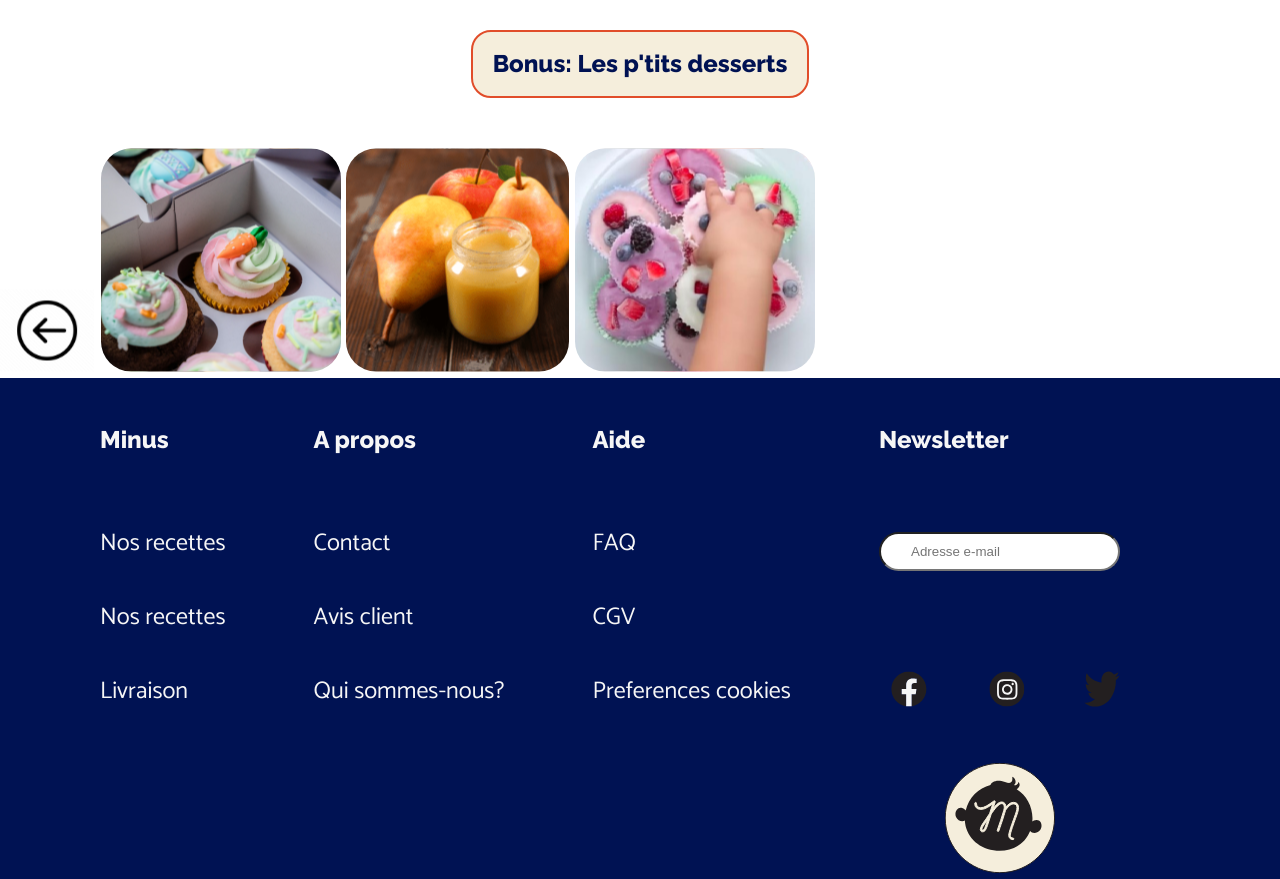
Repository: minus-team7/minus_team7
Page: minus_homepage.html
An editor plug-in stored every save of this project. The page is shown before and after a run of saves, followed by the edit.
The browser window is 1280 px wide. The pictures show the part of the page from y = 1786 to 2665 px (the page is 2665 px tall).
A picture or video elsewhere on the page could not be fetched, so the positions and the page height are approximate.

Above is the page before, as saved 2023-02-12 23:42:30.

### minus_homepage.html
<!DOCTYPE html>
<html lang="en">
<head>
    <meta charset="UTF-8">
    <meta http-equiv="X-UA-Compatible" content="IE=edge">
    <meta name="viewport" content="width=device-width, initial-scale=1.0">
    <link rel="preconnect" href="https://fonts.googleapis.com">
    <link rel="preconnect" href="https://fonts.gstatic.com" crossorigin>
    <link href="https://fonts.googleapis.com/css2?family=Catamaran:wght@100;200;300;400;500;700&family=Raleway:ital,wght@0,100;0,400;0,600;0,800;1,100&display=swap" rel="stylesheet">
    <link rel="stylesheet" href="reset.css">
    <link rel="stylesheet" href="minus_homepage.css">
    <title>Document</title>

</head>
<body>

    <div class="box">
        <img src="/assets/homepage_boxminus.svg" alt="homepage_boxminus">
    </div>

    <div class="bouton">
        <a href="#">Nos engagements</a>
    </div>
    <section class="nos-engagements">

        <div class="engagement">
            <img src="/assets/engagement_icone_qualite_produits.svg" alt="engagement_icone_qualite_produits">
            <h2>Qualité des produits</h2>
            <p>Nous travaillons avec les meilleurs fournisseurs pour sélectionner les ingrédients les plus frais et les plus savoureux.</p>
        </div>

        <div class="engagement">
            <img src="/assets/icone_notreexpertise_chef.svg" alt="icone_notreexpertise_chef">
            <h2>Notre expertise</h2>
            <p>Chaque produit est soumis à des contrôles rigoureux pour vous garantir des ingrédients de haute qualité.</p>
        </div>

        <div class="engagement">
            <img src="/assets/icone_livraison_camion.svg" alt="icone_livraison_camion">
            <h2>Livraison sur le lieu de garde de votre enfant</h2>
            <p>Nous adaptons la livraison selon vos demandes afin de vous garantir un service adéquat</p>
        </div>

        <div class="engagement">
            <img src="/assets/icone_varietes_recettes_bolcuisine.svg" alt="icone_varietes_recettes_bolcuisine">
            <h2>Variété des recettes</h2>
            <p> Nous vous offrons une gamme de recettes pour répondre à tous les goûts et toutes les envies.</p>
        </div>

    </section>

    <div class="bouton">
        <a href="#">Nos recettes</a>
    </div>

    <section class="nos-recettes">
        <div class="recette">
            <img src="/assets/recette_spaghetti_olive.svg" alt="recette_spaghetti_olive">
            <p>Spaghetti aux olives</p>

            <img src="/assets/recette_escalope_chèvre_épinards.svg" alt="recette_escalope_chèvre_épinards">
            <p>Escalope de chèvre</p>
        </div>

        <div class="recette">
            <img src="/assets/couscous_legumes_bio.svg" alt="couscous_legumes_bio">
            <p>Couscous légumes bio</p>

            <img src="/assets/recette_puree_legumes_vert.svg" alt="recette_puree_legumes_vert">
            <p>Purée légumes verts</p>


        </div>

        <div class="recette">
            <img src="/assets/recette_croissant_poulet_champi.svg" alt="recette_croissant_poulet_champi">
            <p>Croissants poulet</p>


            <img src="/assets/recette_spaghetti_olive.svg" alt="recette_spaghetti_olive">
            <p>Spaghetti aux olives</p>
        </div>

    </section>

    <div class="bouton">
        <a href="#">Bonus: Les p'tits desserts</a>
    </div>

    <section class="nos-desserts">
        <img src="/assets/carroussel_flèche_gauche.svg" alt="carroussel_flèche_gauche">
        <img src="/assets/photo_dessert_cupcake_biscuit.svg" alt="photo_dessert_cupcake_biscuit">
        <img src="/assets/photo_dessert_compotepoire.svg" alt="photo_dessert_compotepoire">
        <img src="/assets/photo_dessert_fruitsrougesrose.svg" alt="photo_dessert_fruitsrougesrose">
        <img src="" alt="">



    </section>








    <!-- footer  -->
    <div class="footer">
        <ul>
            <li class="titre-footer">Minus</li>
            <li><a href="#"> Nos recettes</a></li>
            <li><a href="#"> Nos recettes</a></li>
            <li><a href="#"> Livraison</a></li>
        </ul>
        <ul>
            <li class="titre-footer">A propos</li>
            <li><a href="#"> Contact</a></li>
            <li><a href="#"> Avis client</a></li>
            <li><a href="#"> Qui sommes-nous?</a></li>
        </ul>
        <ul>
            <li class="titre-footer">Aide</li>
            <li><a href="#"> FAQ</a></li>
            <li><a href="#"> CGV</a></li>
            <li><a href="#"> Preferences cookies</a></li>
        </ul>
        <ul>
            <li class="titre-footer">Newsletter</li>
            <li>
                <input class="newsletter" type="text" placeholder="Adresse e-mail">
            </li>
            <li>
                <ul class="reseaux-sociaux">
                    <li><a href="#"><img src="/assets/logo_facebook.svg" alt="fb"></a></li>
                    <li><a href="#"><img src="/assets/logo_instagram.svg" alt="insta"></a></li>
                    <li><a href="#"><img src="/assets/logo_twitter.svg" alt="twitter"></a></li>
                </ul>
            </li>
            <li class="logo-minus-footer"><a href="#"> <img src="/assets/Logo_minus_rondtête.svg" alt="logo-minus-footer"></a></li>

        </ul>


    </div>
</body>
</html>

### minus_homepage.css
/* footerr */
body{
    font-family: 'Catamaran',sans-serif;
    font-size: 24px;
}


h2{
    font-family: 'Raleway',sans-serif;
    font-weight: bold;
}

.bouton{
    display: flex;
    align-items: center;
    justify-content: center;
    margin: 50px 0;
}

.bouton a{
    border:#E14D2A 2px solid;
    border-radius: 20px;
    padding: 20px;
    background-color: #F5EEDC;
    text-decoration: none;
    font-family: 'Raleway',sans-serif;
    font-weight: bold;
    color: #001253;

}

.nos-engagements{
    display: flex;
    flex-direction: row;
    flex-wrap: wrap;
    justify-content: space-between;
    margin-bottom: 100px;

}
.engagement{
    width: 20%;
    display: flex;
    flex-direction: column;
    min-width: 220px;
    margin-right: 30px;
    align-items: center;
    text-align: center;
}

.engagement h2, .engagement p{
    margin: 10px 0;
}

.nos-recettes{
    display: flex;
    justify-content: space-around;
    flex-wrap: wrap;
}

.recette{
    display: flex;
    flex-direction: column;
}

.recette p{
    margin-bottom: 50px;
    margin-top: 20px;
    text-align: center;
}

.footer{

    display: flex;
    flex-direction: row;
    justify-content: space-between;
    background-color:  #001253;
    color: #f6f6f6;
    padding: 0 100px;
    flex-wrap: wrap;
}

.footer ul{
    list-style-type: none;
    margin-right: 60px;

}

.footer ul li{
    margin-top: 50px;
}
.footer a{
    text-decoration: none;
    color: #f6f6f6;
}
.footer a:hover{
    text-decoration:underline;
    color: #E14D2A;
}
.titre-footer{
    font-weight: bold;
    margin-bottom: 80px;
    font-family: 'raleway',sans-serif;

}
.newsletter{
    padding: 10px 30px;
    border-radius: 20px
}
.reseaux-sociaux{
    width: 100%;
    display: flex;
    flex-direction: row;
    justify-content: space-between;
}
.logo-minus-footer{
    display: flex;
    justify-content: center;
}

Loaded but not shown: reset.css (common file)

After the next 3 saves:
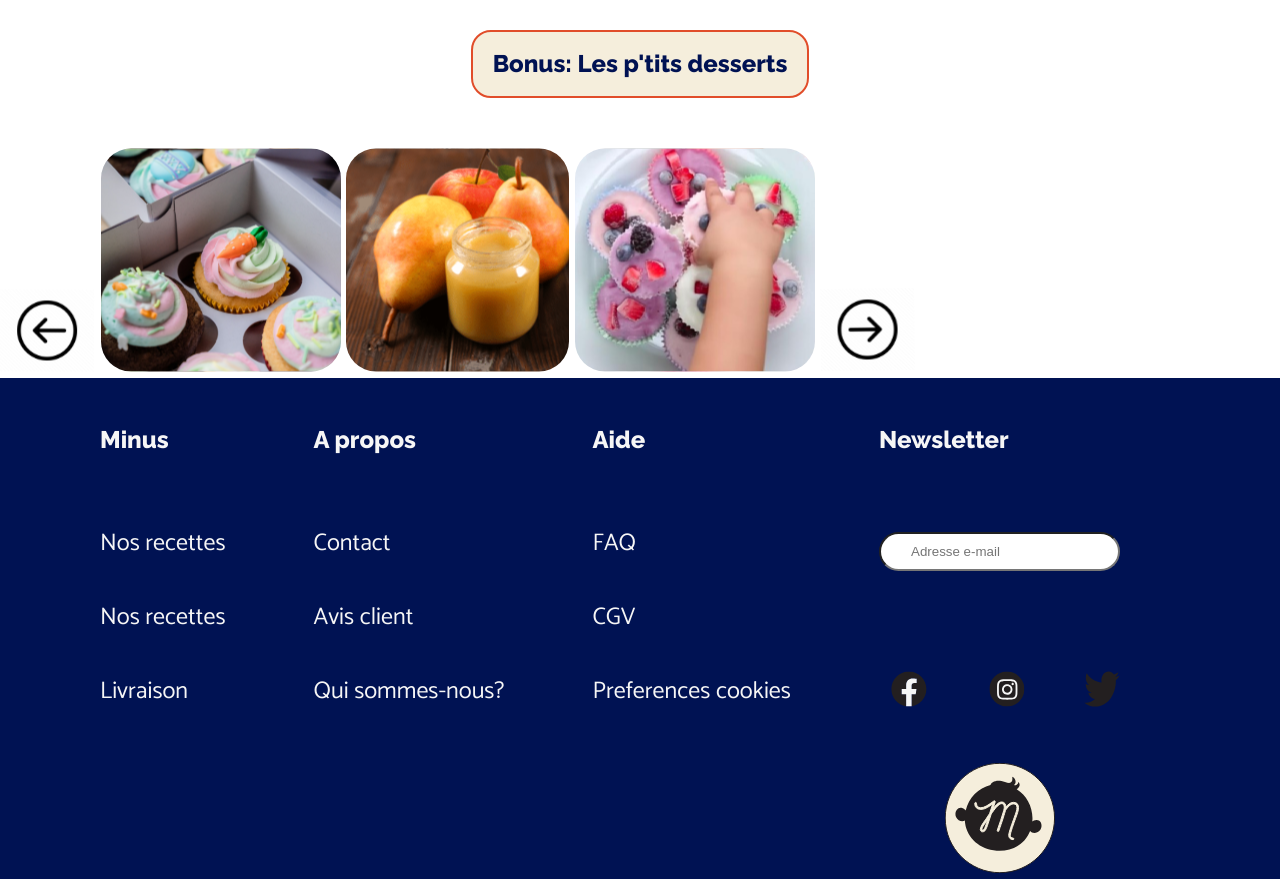
The 3 saves are shown as one change because they came seconds apart.
The last was saved 7 s later.
--- a/minus_homepage.html
+++ b/minus_homepage.html
@@ -92,7 +92,7 @@
         <img src="/assets/photo_dessert_cupcake_biscuit.svg" alt="photo_dessert_cupcake_biscuit">
         <img src="/assets/photo_dessert_compotepoire.svg" alt="photo_dessert_compotepoire">
         <img src="/assets/photo_dessert_fruitsrougesrose.svg" alt="photo_dessert_fruitsrougesrose">
-        <img src="" alt="">
+        <img src="/assets/carroussel_fleche_droite.svg" alt="">
 
 
 
